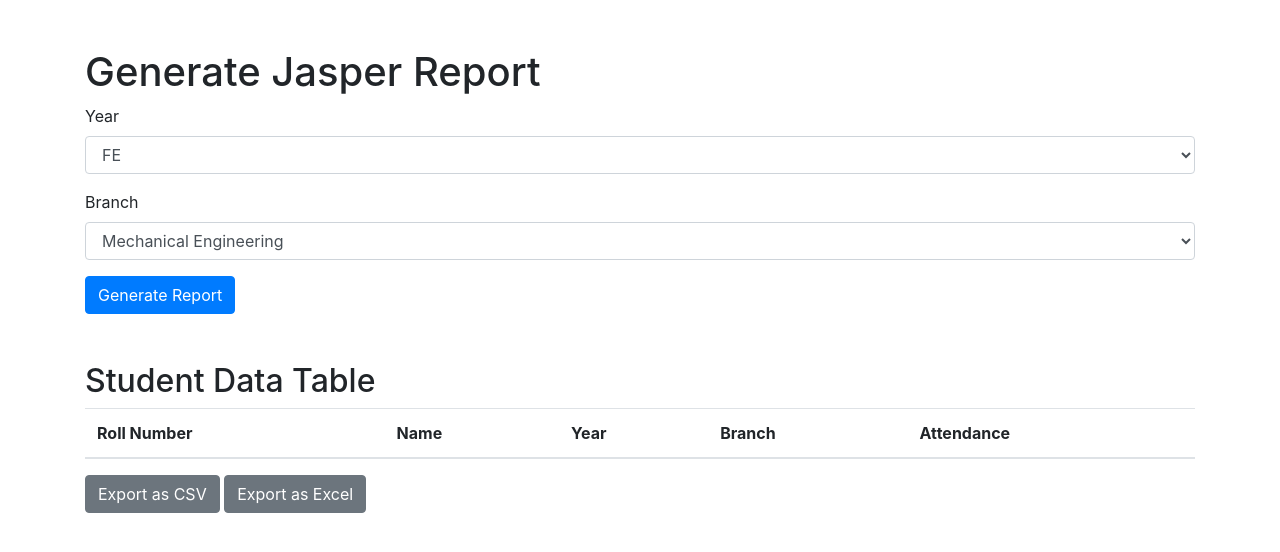
Repository: supranshu/CrystalReportGenerator
Page: http://localhost/generate_report
The author's editor kept a copy of each file at every save. The page is drawn from the files as they stood at one save, then again after the next save.
The browser window is 1280 px wide. The pictures show the whole page.
The page is this project's Thymeleaf template; nobody is signed in. The template is opened directly, without the code that normally fills it, so the values that code supplies are empty.

Above is the page before, as saved 2023-07-25 13:00:03.

### com.report/src/main/resources/templates/generate_report.html
<!DOCTYPE html>
<html xmlns:th="http://www.thymeleaf.org">
<head>
    <meta charset="UTF-8">
    <title>Generate Report</title>
    <!-- Link to Bootstrap CSS -->
    <link rel="stylesheet" href="https://maxcdn.bootstrapcdn.com/bootstrap/4.5.2/css/bootstrap.min.css">
</head>
<body>
    <div class="container mt-5">
        <h1>Generate Jasper Report</h1>
        <form th:action="@{/generate-report}" method="get" target="_blank">
           <div class="form-group">
                <label for="year">Year</label>
                <select class="form-control" id="year" name="year" required>
                    <option value="FE">FE</option>
                    <option value="SE">SE</option>
                    <option value="TE">TE</option>
                    <option value="BE">BE</option>
                </select>
            </div>
            <div class="form-group">
                <label for="branch">Branch</label>
                <select class="form-control" id="branch" name="branch" required>
                    <option value="MechanicalEngineering">Mechanical Engineering</option>
                    <option value="ElectricalEngineering">Electrical Engineering</option>
                    <option value="ComputerScience">Computer Science Engineering</option>
                    <option value="CivilEngineering">Civil Engineering</option>
                    <option value="InformationTechnology">Information Technology Engineering</option>
                </select>
            </div>
            <button type="submit" class="btn btn-primary">Generate Report</button>
        </form>
    </div>

    <!-- Added the below table and buttons for exporting data -->

    <div class="container mt-5">
        <h2>Student Data Table</h2>
        <table class="table table-striped">
            <thead>
                <tr>
                    <th>Roll Number</th>
                    <th>Name</th>
                    <th>Year</th>
                    <th>Branch</th>
                    <th>Attendance</th>
                </tr>
            </thead>
            <tbody>
                <!-- Replace 'studentsData' with actual data fetched from the backend -->
                <!-- You can use Thymeleaf to iterate through the data and display it in the table -->
                <tr th:each="student : ${studentsData}">
                    <td th:text="${student.rollNumber}"></td>
                    <td th:text="${student.name}"></td>
                    <td th:text="${student.year}"></td>
                    <td th:text="${student.branch}"></td>
                    <td th:text="${student.attendance}"></td>
                </tr>
            </tbody>
        </table>

        <!-- Add buttons to export data in different formats -->
        <div class="mt-3">
            <a class="btn btn-secondary" th:href="@{/export/csv}" target="_blank">Export as CSV</a>
            <a class="btn btn-secondary" th:href="@{/export/excel}" target="_blank">Export as Excel</a>
            <!-- Add more buttons for other formats (e.g., text, Jasper) as needed -->
        </div>
    </div>

    <!-- Optional: Add a script tag to include Bootstrap's JavaScript -->
    <!-- Add this before the closing </body> tag -->
    <script src="https://code.jquery.com/jquery-3.5.1.slim.min.js"></script>
    <script src="https://cdn.jsdelivr.net/npm/@popperjs/core@2.11.6/dist/umd/popper.min.js"></script>
    <script src="https://maxcdn.bootstrapcdn.com/bootstrap/4.5.2/js/bootstrap.min.js"></script>
</body>
</html>

After the next save:
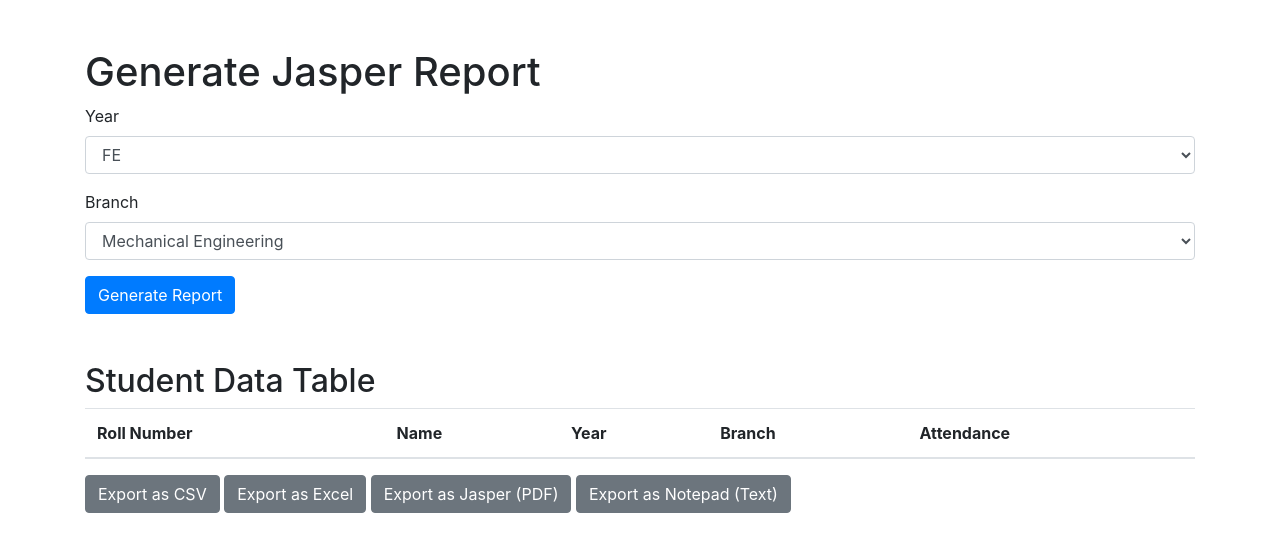
Saved 3 min 1 s later.
--- a/com.report/src/main/resources/templates/generate_report.html
+++ b/com.report/src/main/resources/templates/generate_report.html
@@ -62,10 +62,11 @@
 
         <!-- Add buttons to export data in different formats -->
         <div class="mt-3">
-            <a class="btn btn-secondary" th:href="@{/export/csv}" target="_blank">Export as CSV</a>
-            <a class="btn btn-secondary" th:href="@{/export/excel}" target="_blank">Export as Excel</a>
-            <!-- Add more buttons for other formats (e.g., text, Jasper) as needed -->
-        </div>
+    <a class="btn btn-secondary" th:href="@{/export/csv}" target="_blank">Export as CSV</a>
+    <a class="btn btn-secondary" th:href="@{/export/excel}" target="_blank">Export as Excel</a>
+    <a class="btn btn-secondary" th:href="@{/export/jasper}" target="_blank">Export as Jasper (PDF)</a>
+    <a class="btn btn-secondary" th:href="@{/export/notepad}" target="_blank">Export as Notepad (Text)</a>
+</div>
     </div>
 
     <!-- Optional: Add a script tag to include Bootstrap's JavaScript -->
